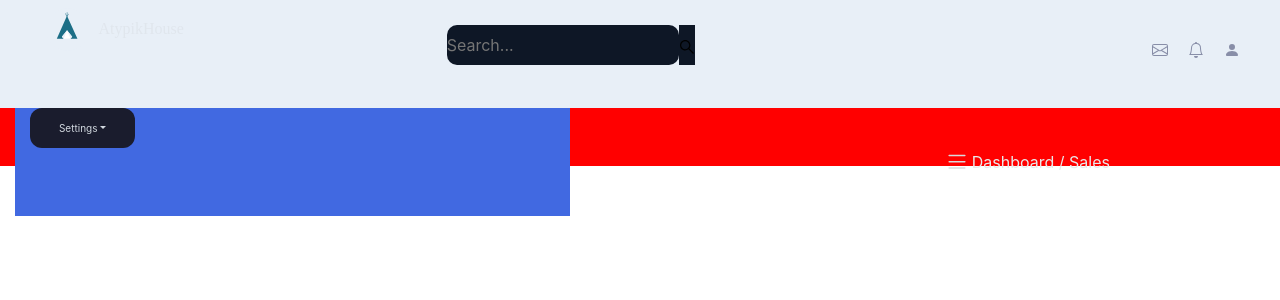
Repository: kifack/API-Symfony-AtypikHouse
Page: / (app in admin-frontend/)
The author's editor kept a copy of each file at every save. The page is drawn from the files as they stood at one save, then again after the next save.
The browser window is 1280 px wide. The pictures show the whole page.
Some web libraries are served in a nearby version. The project was rebuilt for these pictures with package versions that can differ from the ones it lists, and the page was loaded fresh each time. Also part of the build but not shown: admin-frontend/src/css/Responsive.css, admin-frontend/src/css/admin/navbar.css, admin-frontend/src/components/template_parts/Header.js, admin-frontend/src/components/template_parts/Footer.js, admin-frontend/src/components/template_parts/Sidebar.js, admin-frontend/src/components/partials/LocationEntry.js, admin-frontend/src/components/template_parts/Spinner.js, admin-frontend/src/actions/location.js and 26 more.

Above is the page before, as saved 2020-10-01 19:22:07.

After the next save:
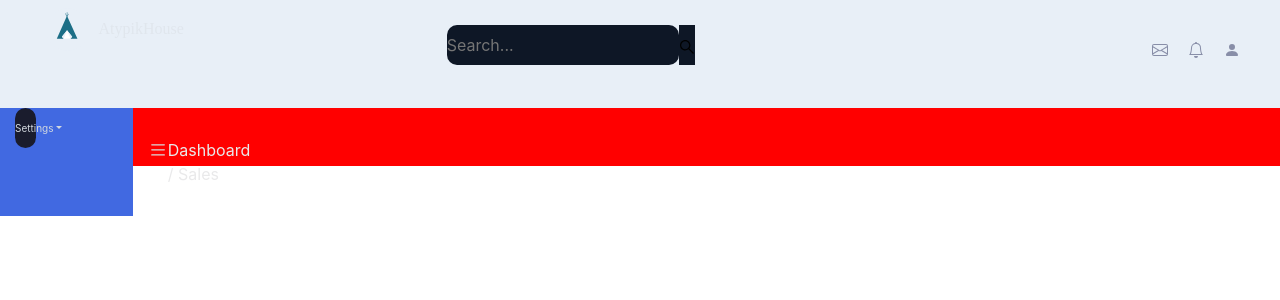
Saved 13 s later.
--- a/admin-frontend/src/css/App.css
+++ b/admin-frontend/src/css/App.css
@@ -177,12 +177,8 @@ header .sous-header .col:first-child{
 
 }
 
-header .sous-header .row{
-  width: 100%;
-  margin: 0;
-  padding: 0;
-
-}
+
+
 header .sous-header .container{
   margin: 0;
 }
